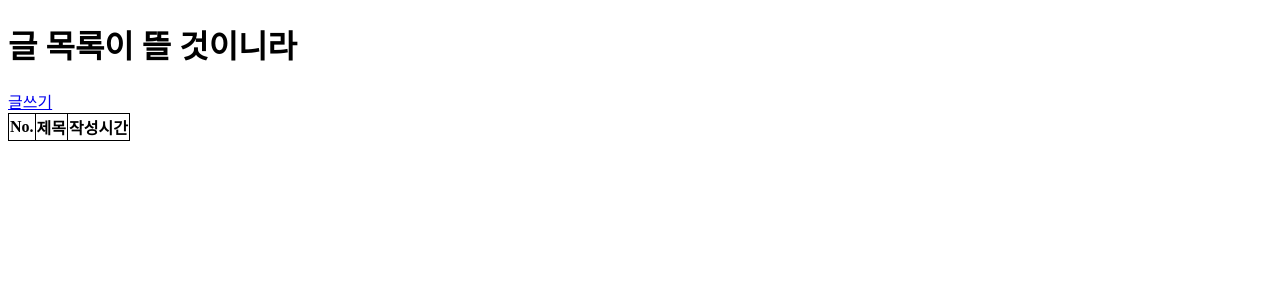
Repository: Bigdog93/WebworkspacePT
Page: http://localhost/BoardVer4/list
An editor plug-in stored every save of this project. The page is shown before and after the next save, followed by the edit.
The browser window is 1280 px wide. The pictures show the whole page.
The page is served by Tomcat 9. Queries for data that is not in the repository find no rows.

Above is the page before, as saved 2021-05-03 00:39:11.

After the next save:
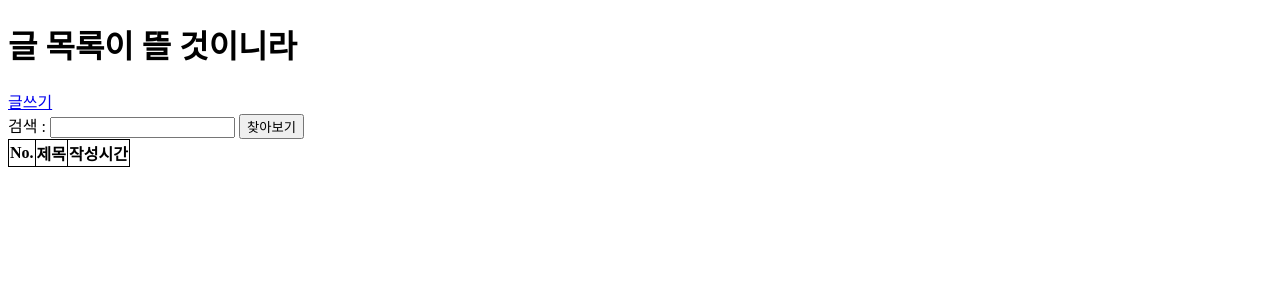
Saved 2 min 3 s later.
--- a/WebWorkSpace/BoardVer4/src/main/webapp/WEB-INF/view/list.jsp
+++ b/WebWorkSpace/BoardVer4/src/main/webapp/WEB-INF/view/list.jsp
@@ -25,6 +25,9 @@ table, th, td {
 		<a href="/write">글쓰기</a>
 	</div>
 	<div>
+	<form action="/list" method="post">
+		<div>검색 : <input type="text" name="word"> <input type="submit" value="찾아보기"> </div>
+	</form>
 		<table>
 			<tr>
 				<th>No.</th>
